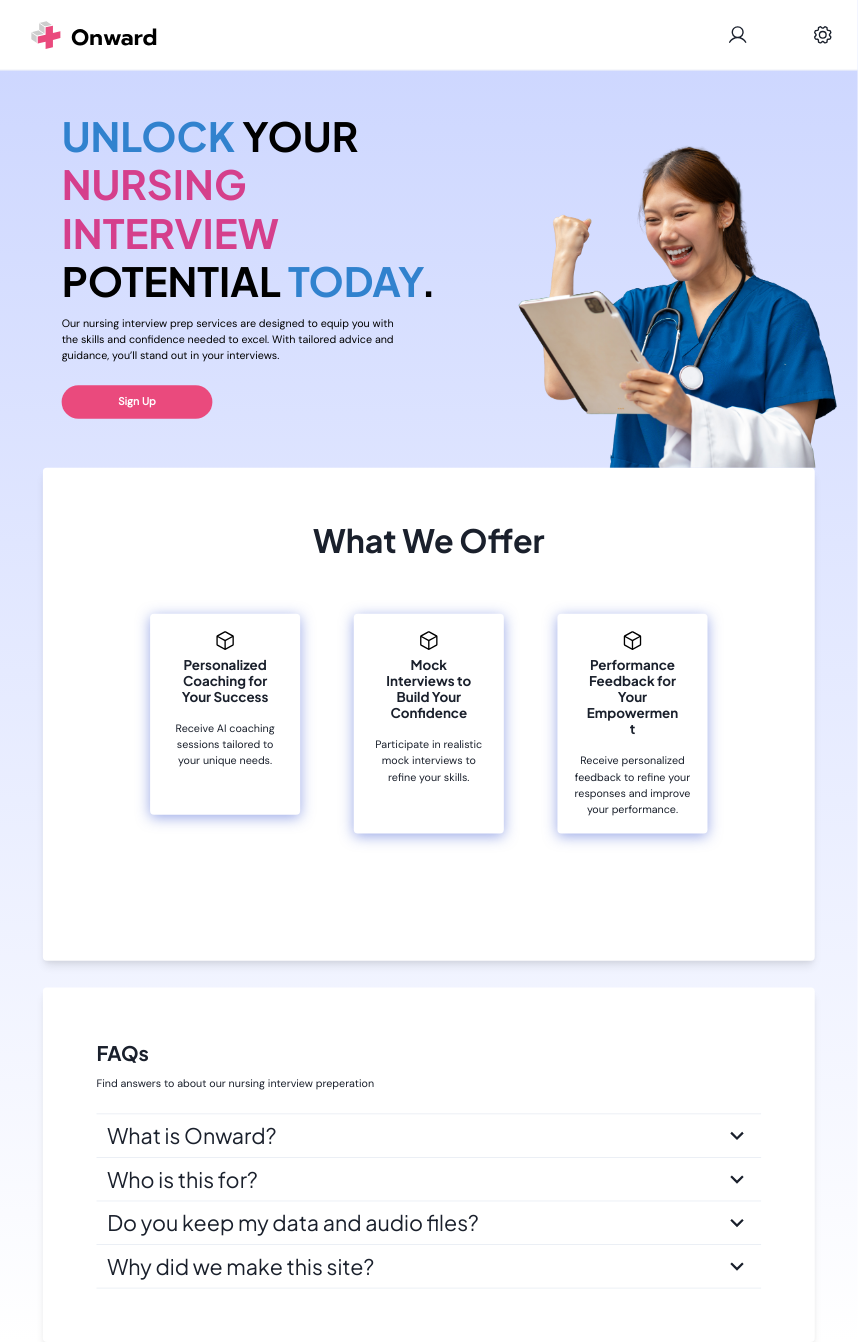
Repository: Aladdin3r/onward
Page: /landing-page
An editor plug-in stored every save of this project. The page is shown before and after the next save, followed by the edit.
The browser window is 1280 px wide. The pictures show the whole page, at 67% of full size.
The project was rebuilt for these pictures with package versions that can differ from the ones it lists, and the page was loaded fresh each time. The framework's server and built-in components were replaced by stand-ins that run in the browser. Also part of the build but not shown: next.config.mjs.

Above is the page before, as saved 2024-10-29 03:28:06.

### pages/_app.js
import { ChakraProvider } from "@chakra-ui/react";
import theme from "@/styles/theme";

function MyApp({ Component, pageProps }) {
  return (
    <ChakraProvider theme={theme}>
      <Component {...pageProps} />
    </ChakraProvider>
  );
}

export default MyApp;

### pages/_document.js
import { Html, Head, Main, NextScript } from "next/document";

export default function Document() {
  return (
    <Html lang="en">
      <Head>
        <link
          href="https://fonts.googleapis.com/css2?family=DM+Sans:wght@400&family=Plus+Jakarta+Sans:wght@400;600;700&display=swap"
          rel="stylesheet"
        />
      </Head>
      <body>
        <Main />
        <NextScript />
      </body>
    </Html>
  );
}

### pages/landing-page.js
import {
    Box,
    Flex,
    Heading,
    Text,
    Stack,
    Button,
    Accordion,
    AccordionItem,
    AccordionButton,
    AccordionPanel,
    AccordionIcon,
    Image
} from "@chakra-ui/react";
import TopNav from "@/styles/components/TopNav";
import { useRouter } from 'next/router';

export default function Home() {
    const router = useRouter();

    // Button action function
    const handleSignUp = () => {
        router.push('/signup'); // Navigate to the sign-up page
    };

    return (
        <Box
            bgGradient="linear(to-b, #CBD5FF, #FFFFFF)"
            minH="100vh"

        >
            {/* Hero Section */}
            <TopNav />

            <Flex
                p={3}
                width="100%"
                mb={0}
                flexDirection="row"
                alignItems="center"
                justifyContent="space-between"
                gap="2rem"
            >
                <Flex flexDirection="column" zIndex={1} ml="20">
                    <Heading
                        fontFamily="heading"
                        fontSize="6xl"
                        fontWeight="bold"
                        width="88%"
                        mb={4}
                    >
                        <Text as="span" color="blue.500">UNLOCK </Text>
                        <Text as="span" color="black">YOUR </Text>
                        <Text as="span" color="pink.500">NURSING INTERVIEW </Text>
                        <Text as="span" color="black">POTENTIAL </Text>
                        <Text as="span" color="blue.500">TODAY</Text>
                        <Text as="span" color="black">. </Text>
                    </Heading>
                    <Text fontFamily="body" fontSize="x" color="black" mb={6} width="78%">
                        Our nursing interview prep services are designed to equip you with the skills and confidence needed to excel. With tailored advice and guidance, you’ll stand out in your interviews.
                    </Text>
                    <Button
                        mt="2"
                        bg="#EA4A7D"
                        color="#FFFFFF"
                        width="50%"
                        height="50px"
                        maxW="225px"
                        fontWeight="semibold"
                        fontSize="16px"
                        borderRadius="full"
                        px="6"
                        mb="6"
                    >
                        Sign Up
                    </Button>
                </Flex>

                <Box width="95%" >
                    <Image
                        src="/images/ipad-nurse.png"
                        alt="IPad Nurse"
                        width="100%"
                        height="auto"
                        objectFit="cover"
                        ml={-15}
                    />
                </Box>
            </Flex>


            {/* What We Offer Section */}
            <Box p={40} textAlign="center" borderRadius="md" boxShadow="lg" maxW="90%" mx="auto" bg={"white"} mt={-3}>
                <Heading fontFamily="heading" fontSize="5xl" mb={20} mt={-20}>What We Offer</Heading>
                <Flex justify="center" gap={20} mb={30}>
                    <Stack
                        width="300px"
                        height="300px"
                        borderRadius="md"
                        boxShadow={`0 4px 20px rgba(51, 82, 207, 0.5)`} // Custom shadow color
                        p={6}
                        textAlign="center"
                        alignItems="center"
                    >
                        <svg xmlns="http://www.w3.org/2000/svg" width="32" height="32" fill="#000000" viewBox="0 0 256 256"><path d="M223.68,66.15,135.68,18h0a15.88,15.88,0,0,0-15.36,0l-88,48.17a16,16,0,0,0-8.32,14v95.64a16,16,0,0,0,8.32,14l88,48.17a15.88,15.88,0,0,0,15.36,0l88-48.17a16,16,0,0,0,8.32-14V80.18A16,16,0,0,0,223.68,66.15ZM128,32h0l80.34,44L128,120,47.66,76ZM40,90l80,43.78v85.79L40,175.82Zm96,129.57V133.82L216,90v85.78Z"></path></svg>
                        <Heading width="80%" fontFamily="heading" fontSize="xl" mb={4}>Personalized Coaching for Your Success</Heading>
                        <Text fontFamily="body">
                            Receive AI coaching sessions tailored to your unique needs.
                        </Text>
                    </Stack>
                    <Stack width="300px" borderRadius="md" boxShadow={`0 4px 20px rgba(51, 82, 207, 0.5)`}
                        p={6} textAlign="center" alignItems="center">
                        <svg xmlns="http://www.w3.org/2000/svg" width="32" height="32" fill="#000000" viewBox="0 0 256 256"><path d="M223.68,66.15,135.68,18h0a15.88,15.88,0,0,0-15.36,0l-88,48.17a16,16,0,0,0-8.32,14v95.64a16,16,0,0,0,8.32,14l88,48.17a15.88,15.88,0,0,0,15.36,0l88-48.17a16,16,0,0,0,8.32-14V80.18A16,16,0,0,0,223.68,66.15ZM128,32h0l80.34,44L128,120,47.66,76ZM40,90l80,43.78v85.79L40,175.82Zm96,129.57V133.82L216,90v85.78Z"></path></svg>
                        <Heading width="80%" fontFamily="heading" fontSize="xl" mb={4}>Mock Interviews to Build Your Confidence</Heading>
                        <Text fontFamily="body">
                            Participate in realistic mock interviews to refine your skills.
                        </Text>
                    </Stack>
                    <Stack width="300px" borderRadius="md" boxShadow={`0 4px 20px rgba(51, 82, 207, 0.5)`} p={6} textAlign="center" alignItems="center">
                        <svg xmlns="http://www.w3.org/2000/svg" width="32" height="32" fill="#000000" viewBox="0 0 256 256"><path d="M223.68,66.15,135.68,18h0a15.88,15.88,0,0,0-15.36,0l-88,48.17a16,16,0,0,0-8.32,14v95.64a16,16,0,0,0,8.32,14l88,48.17a15.88,15.88,0,0,0,15.36,0l88-48.17a16,16,0,0,0,8.32-14V80.18A16,16,0,0,0,223.68,66.15ZM128,32h0l80.34,44L128,120,47.66,76ZM40,90l80,43.78v85.79L40,175.82Zm96,129.57V133.82L216,90v85.78Z"></path></svg>
                        <Heading width="80%" fontFamily="heading" fontSize="xl" mb={4}>Performance Feedback for Your Empowerment</Heading>
                        <Text fontFamily="body">
                            Receive personalized feedback to refine your responses and improve your performance.
                        </Text>
                    </Stack>
                </Flex>
            </Box>

            {/* FAQ Section */}
            <Box p={20} borderRadius="md" boxShadow="lg" maxW="90%" mx="auto" bg={"white"} mt={10}>
                <Heading fontFamily="heading" fontSize="3xl" textAlign="left" mb={4}>FAQs</Heading>
                <Text fontFamily="body" fontSize="s" textAlign="left" mb={8}>
                    Find answers to about our nursing interview preperation
                </Text>
                <Accordion allowToggle>
                    <AccordionItem>
                        <h2>
                            <AccordionButton >
                                <Box as="span" flex="1" textAlign="left" fontFamily="heading">What is Onward?</Box>
                                <AccordionIcon />
                            </AccordionButton>
                        </h2>
                        <AccordionPanel pb={4} fontFamily="body">
                            Onward is an AI-powered personal interview coach designed for nurses to enhance their job interview skills.
                        </AccordionPanel>
                    </AccordionItem>
                    <AccordionItem>
                        <h2>
                            <AccordionButton>
                                <Box as="span" flex="1" textAlign="left" fontFamily="heading">Who is this for?</Box>
                                <AccordionIcon />
                            </AccordionButton>
                        </h2>
                        <AccordionPanel pb={4} fontFamily="body">
                            This service is designed for nurses, especially those new to the Canadian healthcare system.
                        </AccordionPanel>
                    </AccordionItem>
                    <AccordionItem>
                        <h2>
                            <AccordionButton>
                                <Box as="span" flex="1" textAlign="left" fontFamily="heading">Do you keep my data and audio files?</Box>
                                <AccordionIcon />
                            </AccordionButton>
                        </h2>
                        <AccordionPanel pb={4} fontFamily="body">
                            Yes, we securely store data as per our privacy policy to enhance your interview coaching experience.
                        </AccordionPanel>
                    </AccordionItem>
                    <AccordionItem>
                        <h2>
                            <AccordionButton>
                                <Box as="span" flex="1" textAlign="left" fontFamily="heading">Why did we make this site?</Box>
                                <AccordionIcon />
                            </AccordionButton>
                        </h2>
                        <AccordionPanel pb={4} fontFamily="body">
                            Onward aims to empower nurses by providing interview preparation tools tailored to their needs.
                        </AccordionPanel>
                    </AccordionItem>
                </Accordion>
            </Box>
        </Box>
    );
}

### styles/theme.js
import { extendTheme } from "@chakra-ui/react";
import { theme as chakraTheme } from "@chakra-ui/react";
import Button from './components/Button';
import { Stepper } from "@chakra-ui/react";

const fonts = {
    ...chakraTheme.fonts,
    body: "DM Sans",
    heading: "Plus Jakarta Sans",
}

const overrides = {
    ...chakraTheme,
    fonts,
    components: {
        Button: {
            ...Button,
        },
    },
    fontWeights: {
        normal: 400,
        medium: 500,
        bold: 700,
    },
    fontSizes: {
        xxs: "14pt",
        xs: "16pt",
        sm: "20pt",
        md: "24pt",
        lg: "32pt",
    },
    colors: {
       brand: {
        blushPink: "#EA4A7D",
        pastelBlue: "#CBD5FF",
        blueberryCreme: "#EBEFFF",
        frostWhite: "#FAFAFA",
        nightBlack: "#1f1f1f",
        platinum: "#e2e2e2",
        confirmationGreen: "#61CD3D",
        imperialRed: "EA4A4D",
        canaryYellow: "#EAE84A",
        oceanBlue: "#214DDF",
        pureWhite: "#FFFFFF"
        }
    },
    styles: {
        global: {
            body: {
                bg: "frostWhite",
            },
        },
    },
}

const customTheme = extendTheme(overrides);

export default customTheme;

### styles/components/TopNav.js
'use client'
import {
    Box,
    Flex,
    useColorModeValue,
    IconButton,
    Image,
    Link,
} from "@chakra-ui/react";
import { User, Gear } from "@phosphor-icons/react";

export default function TopNav() {
    const bgColor = useColorModeValue('#fff', 'brand.nightBlack');

    return (
        <Box bg={bgColor} px={4} borderBottom="1px solid #E6EAF2">
            <Flex h={"104px"} alignItems={'center'} justifyContent={'space-between'}>
                <Box fontSize={{ base: 'md', md: 'lg' }}>
                    <Link href="/">
                        <Image src="logo.svg" boxSize="253px" alt="Onward Logo" style={{ padding: "30px" }} />
                    </Link>
                </Box>
                <Flex alignItems={'center'}>
                    <Link href="/user">
                        <IconButton
                            aria-label="User settings"
                            icon={<User />}
                            variant="ghost"
                            mr="55px"
                        />
                    </Link>
                    <Link href="/settings">
                        <IconButton
                            aria-label="Settings"
                            icon={<Gear />}
                            variant="ghost"
                        />
                    </Link>
                </Flex>
            </Flex>
        </Box>
    );
}

### styles/components/Button.js
const Button = {
    baseStyle: {
      display: 'flex',
      borderRadius: '999px',
      fontFamily: 'DM Sans',
      _hover: {
        boxShadow: '0px 4px 4px 0px rgba(0, 0, 0, 0.45)',
      },
      padding: 3,
    },
    sizes: {
      xs: {
        fontSize: ['12pt', '14pt', '16pt'], // Responsive font sizes for xs
        px: [2, 3], // Responsive padding
      },
      sm: {
        fontSize: ['14pt', '16pt', '20pt'],
        px: [2, 4],
      },
      md: {
        fontSize: ['16pt', '20pt', '24pt'],
        px: [3, 5],
      },
      lg: {
        fontSize: ['20pt', '28pt', '32pt'],
        px: [4, 6],
      },
    },
    variants: {
      lgPrimary: {
        bg: 'brand.blushPink',
        color: 'brand.frostWhite',
        width: ['100%', '325px'], // 100% width on smaller screens
        height: '72px',
        fontSize: ['20pt', '28pt', '32pt'], // Responsive font size
        borderRadius: '999px',
      },
      mdPrimary: {
        bg: 'brand.blushPink',
        color: 'brand.frostWhite',
        width: ['100%', '225px'],
        height: '72px',
        fontSize: ['16pt', '20pt', '24pt'],
        borderRadius: '999px',
      },
      smPrimary: {
        bg: 'brand.blushPink',
        color: 'brand.frostWhite',
        width: ['100%', '150px'],
        height: '64px',
        fontSize: ['14pt', '16pt', '20pt'],
        borderRadius: '999px',
      },
      xsPrimary: {
        bg: 'brand.blushPink',
        color: 'brand.frostWhite',
        width: ['100%', '117px'],
        height: '32px',
        fontSize: ['12pt', '14pt', '18pt'],
        borderRadius: '999px',
      },
      lgSecondary: {
        bg: 'brand.platinum',
        color: 'brand.nightBlack',
        width: ['100%', '325px'],
        height: '72px',
        fontSize: ['20pt', '28pt', '32pt'],
        borderRadius: '999px',
        _hover: {
          bg: 'brand.blushPink',
          color: 'brand.frostWhite',
          boxShadow: '0px 4px 4px 0px rgba(0, 0, 0, 0.45)',
        },
      },
      mdSecondary: {
        bg: 'brand.platinum',
        color: 'brand.nightBlack',
        width: ['100%', '225px'],
        height: '72px',
        fontSize: ['16pt', '20pt', '24pt'],
        borderRadius: '999px',
        _hover: {
          bg: 'brand.blushPink',
          color: 'brand.frostWhite',
          boxShadow: '0px 4px 4px 0px rgba(0, 0, 0, 0.45)',
        },
      },
      smSecondary: {
        bg: 'brand.platinum',
        color: 'brand.nightBlack',
        width: ['100%', '150px'],
        height: '64px',
        fontSize: ['14pt', '16pt', '20pt'],
        borderRadius: '999px',
        _hover: {
          bg: 'brand.blushPink',
          color: 'brand.frostWhite',
          boxShadow: '0px 4px 4px 0px rgba(0, 0, 0, 0.45)',
        },
      },
      xsSecondary: {
        bg: 'brand.platinum',
        color: 'brand.nightBlack',
        width: ['100%', '117px'],
        height: '32px',
        fontSize: ['12pt', '14pt', '18pt'],
        borderRadius: '999px',
        _hover: {
          bg: 'brand.blushPink',
          color: 'brand.frostWhite',
          boxShadow: '0px 4px 4px 0px rgba(0, 0, 0, 0.45)',
        },
      },
    },
  };

  export default Button;

After the next save:
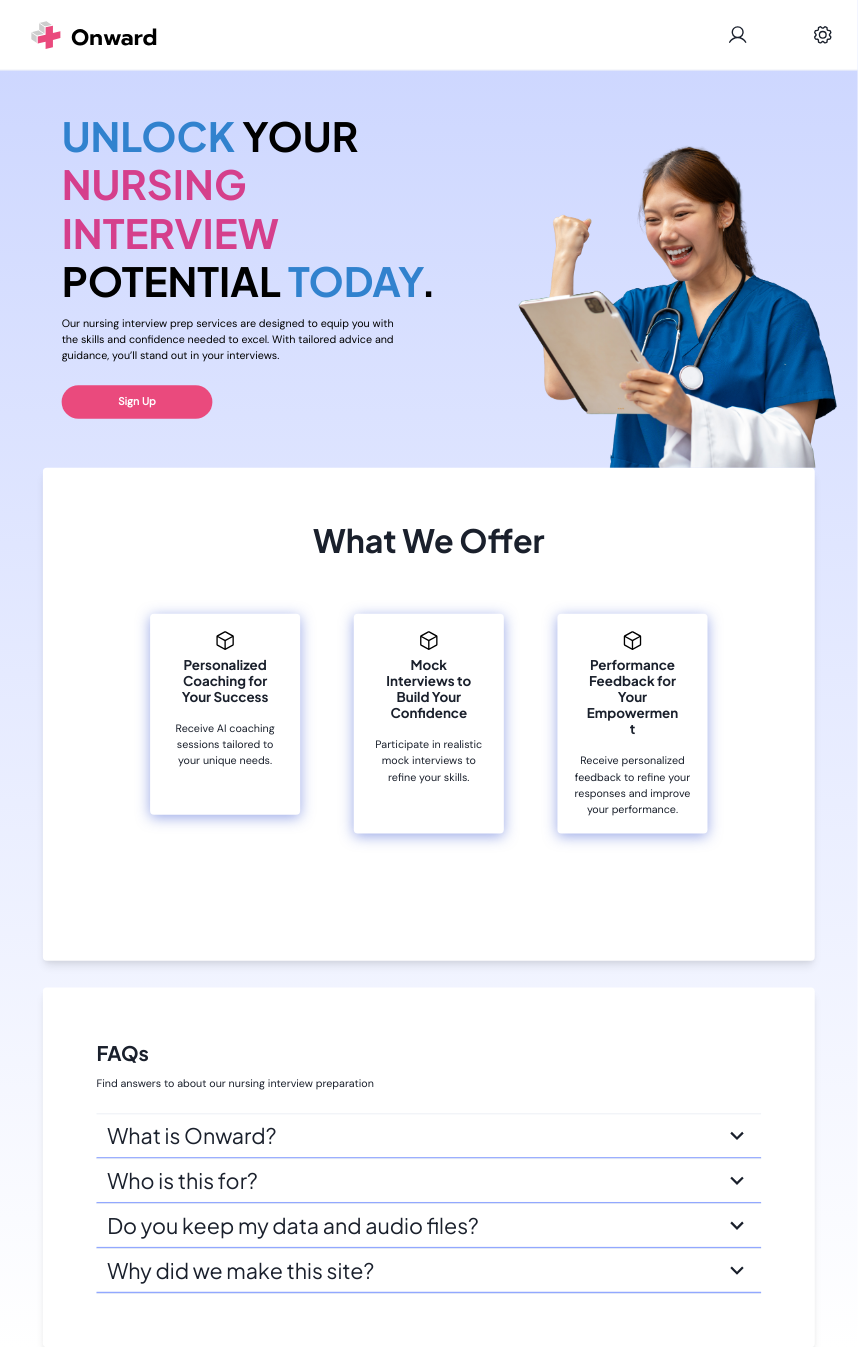
Saved 51 s later.
--- a/pages/landing-page.js
+++ b/pages/landing-page.js
@@ -128,57 +128,75 @@ export default function Home() {
 
             {/* FAQ Section */}
             <Box p={20} borderRadius="md" boxShadow="lg" maxW="90%" mx="auto" bg={"white"} mt={10}>
-                <Heading fontFamily="heading" fontSize="3xl" textAlign="left" mb={4}>FAQs</Heading>
-                <Text fontFamily="body" fontSize="s" textAlign="left" mb={8}>
-                    Find answers to about our nursing interview preperation
-                </Text>
-                <Accordion allowToggle>
-                    <AccordionItem>
-                        <h2>
-                            <AccordionButton >
-                                <Box as="span" flex="1" textAlign="left" fontFamily="heading">What is Onward?</Box>
-                                <AccordionIcon />
-                            </AccordionButton>
-                        </h2>
-                        <AccordionPanel pb={4} fontFamily="body">
-                            Onward is an AI-powered personal interview coach designed for nurses to enhance their job interview skills.
-                        </AccordionPanel>
-                    </AccordionItem>
-                    <AccordionItem>
-                        <h2>
-                            <AccordionButton>
-                                <Box as="span" flex="1" textAlign="left" fontFamily="heading">Who is this for?</Box>
-                                <AccordionIcon />
-                            </AccordionButton>
-                        </h2>
-                        <AccordionPanel pb={4} fontFamily="body">
-                            This service is designed for nurses, especially those new to the Canadian healthcare system.
-                        </AccordionPanel>
-                    </AccordionItem>
-                    <AccordionItem>
-                        <h2>
-                            <AccordionButton>
-                                <Box as="span" flex="1" textAlign="left" fontFamily="heading">Do you keep my data and audio files?</Box>
-                                <AccordionIcon />
-                            </AccordionButton>
-                        </h2>
-                        <AccordionPanel pb={4} fontFamily="body">
-                            Yes, we securely store data as per our privacy policy to enhance your interview coaching experience.
-                        </AccordionPanel>
-                    </AccordionItem>
-                    <AccordionItem>
-                        <h2>
-                            <AccordionButton>
-                                <Box as="span" flex="1" textAlign="left" fontFamily="heading">Why did we make this site?</Box>
-                                <AccordionIcon />
-                            </AccordionButton>
-                        </h2>
-                        <AccordionPanel pb={4} fontFamily="body">
-                            Onward aims to empower nurses by providing interview preparation tools tailored to their needs.
-                        </AccordionPanel>
-                    </AccordionItem>
-                </Accordion>
-            </Box>
+    <Heading fontFamily="heading" fontSize="3xl" textAlign="left" mb={4}>FAQs</Heading>
+    <Text fontFamily="body" fontSize="s" textAlign="left" mb={8}>
+        Find answers to about our nursing interview preparation
+    </Text>
+    <Accordion allowToggle>
+        <AccordionItem>
+            <h2>
+                <AccordionButton
+                    sx={{
+                        borderBottom: '2px solid #92A8FF', // Change color here
+                        _expanded: { bg: 'blue.100' }, // Optional: Change background when expanded
+                    }}
+                >
+                    <Box as="span" flex="1" textAlign="left" fontFamily="heading">What is Onward?</Box>
+                    <AccordionIcon />
+                </AccordionButton>
+            </h2>
+            <AccordionPanel pb={4} fontFamily="body" sx={{ borderColor: '#92A8FF' }}>
+                Onward is an AI-powered personal interview coach designed for nurses to enhance their job interview skills.
+            </AccordionPanel>
+        </AccordionItem>
+        <AccordionItem>
+            <h2>
+                <AccordionButton
+                    sx={{
+                        borderBottom: '2px solid #92A8FF',
+                    }}
+                >
+                    <Box as="span" flex="1" textAlign="left" fontFamily="heading">Who is this for?</Box>
+                    <AccordionIcon />
+                </AccordionButton>
+            </h2>
+            <AccordionPanel pb={4} fontFamily="body" sx={{ borderColor: '#92A8FF' }}>
+                This service is designed for nurses, especially those new to the Canadian healthcare system.
+            </AccordionPanel>
+        </AccordionItem>
+        <AccordionItem>
+            <h2>
+                <AccordionButton
+                    sx={{
+                        borderBottom: '2px solid #92A8FF',
+                    }}
+                >
+                    <Box as="span" flex="1" textAlign="left" fontFamily="heading">Do you keep my data and audio files?</Box>
+                    <AccordionIcon />
+                </AccordionButton>
+            </h2>
+            <AccordionPanel pb={4} fontFamily="body" sx={{ borderColor: '#92A8FF' }}>
+                Yes, we securely store data as per our privacy policy to enhance your interview coaching experience.
+            </AccordionPanel>
+        </AccordionItem>
+        <AccordionItem>
+            <h2>
+                <AccordionButton
+                    sx={{
+                        borderBottom: '2px solid #92A8FF',
+                    }}
+                >
+                    <Box as="span" flex="1" textAlign="left" fontFamily="heading">Why did we make this site?</Box>
+                    <AccordionIcon />
+                </AccordionButton>
+            </h2>
+            <AccordionPanel pb={4} fontFamily="body" sx={{ borderColor: '#92A8FF' }}>
+                Onward aims to empower nurses by providing interview preparation tools tailored to their needs.
+            </AccordionPanel>
+        </AccordionItem>
+    </Accordion>
+</Box>
+
         </Box>
     );
 }
